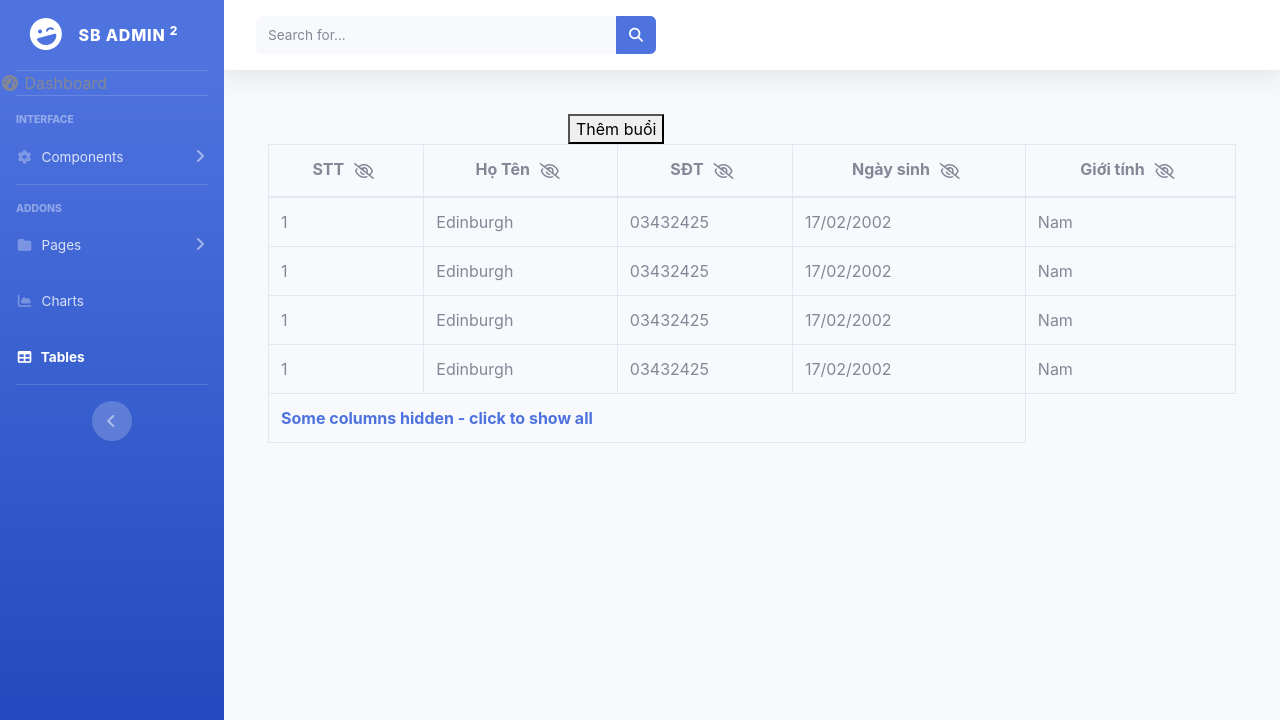
Repository: huyennvo/WebCiTEdu
Page: index.html
These files come from the project's save history. The page is drawn as it stood at one moment and after the next save; the edit follows.
The browser window is 1280 px wide. The pictures show the whole page.
Some web libraries are served in a nearby version.

Above is the page before, as saved 2022-07-30 09:29:22.

After the next save:
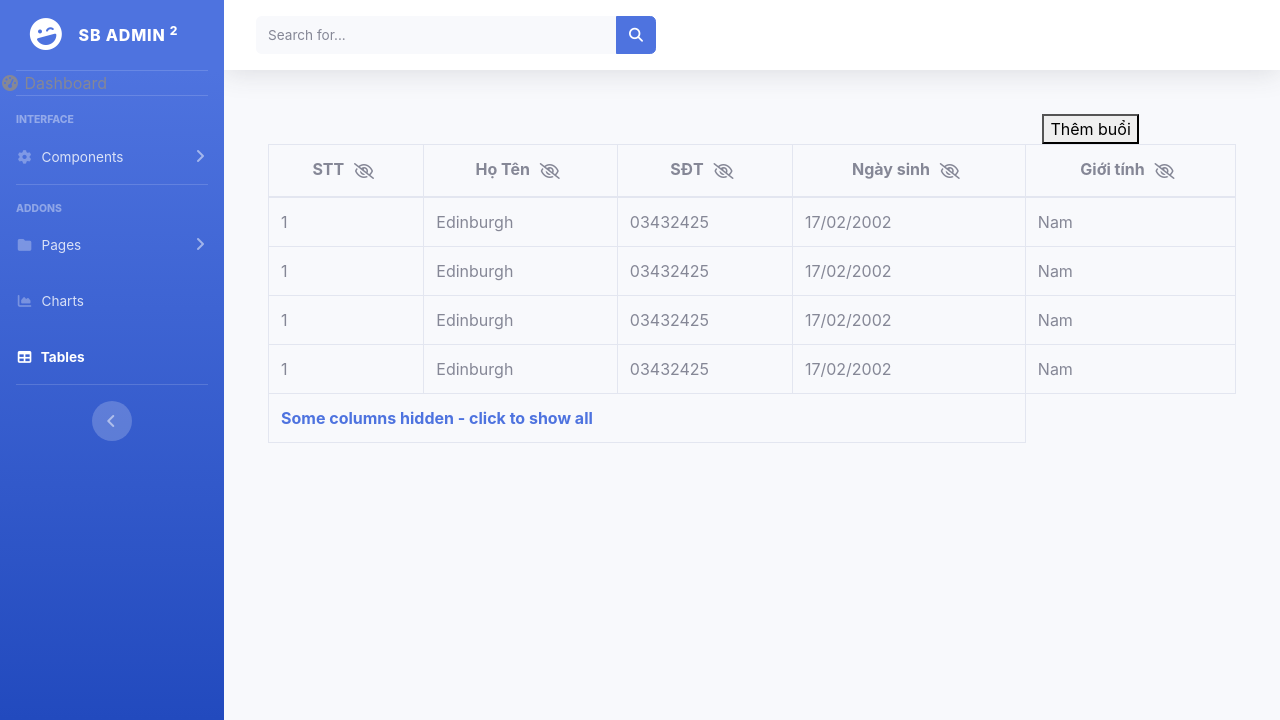
Saved 9 s later.
--- a/index.html
+++ b/index.html
@@ -192,7 +192,7 @@ crossorigin="anonymous"
 
                         <div class="table-responsive">
                             <button style="display: flex; position: relative;
-                            left: 300px;" id="insertCol">Thêm buổi</button>
+                            left: 80%;" id="insertCol">Thêm buổi</button>
                             <table class="table table-bordered" id="dataTable" width="100%" cellspacing="0">
                                 <thead style="text-align: center;">
                                     <tr id="row1">
